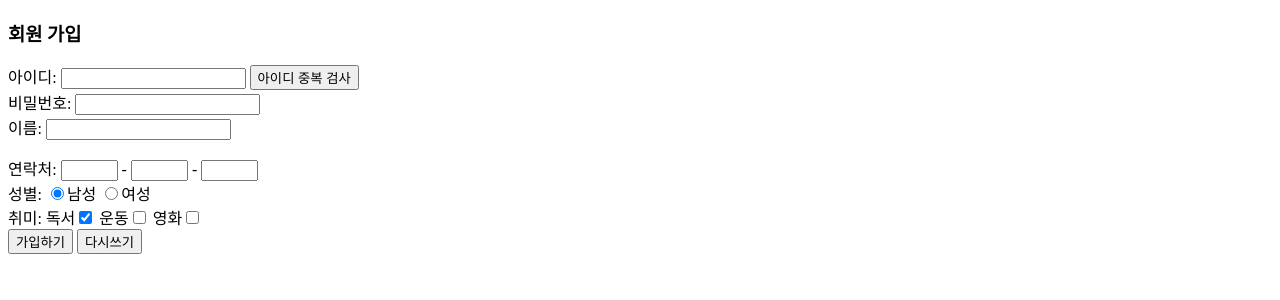
Repository: SJM7301/KH-JSP
Page: http://localhost/JSPBook/ch06/form01.jsp
The author's editor kept a copy of each file at every save. The page is drawn from the files as they stood at one save, then again after the next save.
The browser window is 1280 px wide. The pictures show the whole page.
The page is served by Tomcat 10. Other server files are loaded and not shown.

Above is the page before, as saved 2025-02-05 00:48:45.

### JSPBook/src/main/webapp/ch06/form01.jsp
<%@ page language="java" contentType="text/html; charset=UTF-8"
    pageEncoding="UTF-8"%>
<!DOCTYPE html>
<html>
<head>
<meta charset="UTF-8">
<title>Insert title here</title>
</head>
<body>
	<h3>회원 가입</h3>
	<form action="#" name="member" method="post">
		<p>
			아이디: <input type="text" name="id"> <input type="button" value="아이디 중복 검사"> <br>
			비밀번호: <input type="password" name="passwd"> <br>
			이름: <input type="text" name="name"> <br>
			<p>연락처: <input type="text" maxlength="4" size="4" name="phone1">
				- <input type="text" maxlength="4" size="4" name="phone2">
				- <input type="text" maxlength="4" size="4" name="phone3"> <br>
			성별: <input type="radio" name="sex" value="남성" checked>남성
				<input type="radio" name="sex" value="여성">여성<br>
			취미: 독서<input type="checkbox" name="hobby1" checked>
				운동<input type="checkbox" name="hobby2">
				영화<input type="checkbox" name="hobby3"><br>
			<input type="submit" value="가입하기">
			<input type="reset" value="다시쓰기">
		</p>
	</form>
</body>
</html>

After the next save:
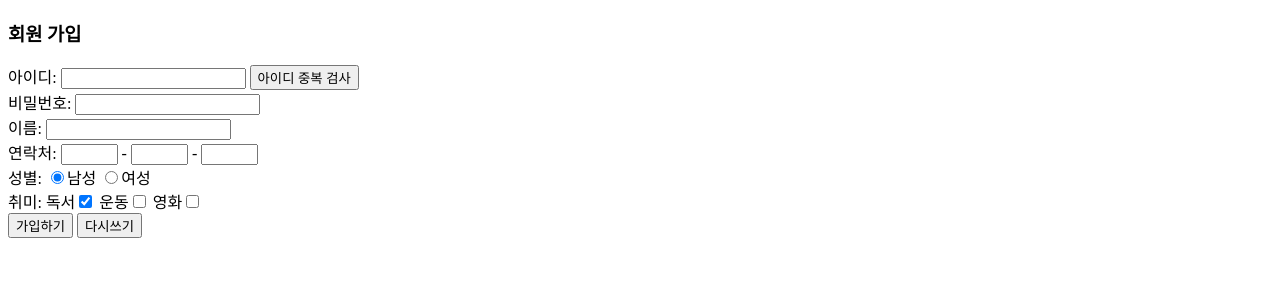
Saved 21 s later.
--- a/JSPBook/src/main/webapp/ch06/form01.jsp
+++ b/JSPBook/src/main/webapp/ch06/form01.jsp
@@ -13,7 +13,7 @@
 			아이디: <input type="text" name="id"> <input type="button" value="아이디 중복 검사"> <br>
 			비밀번호: <input type="password" name="passwd"> <br>
 			이름: <input type="text" name="name"> <br>
-			<p>연락처: <input type="text" maxlength="4" size="4" name="phone1">
+			연락처: <input type="text" maxlength="4" size="4" name="phone1">
 				- <input type="text" maxlength="4" size="4" name="phone2">
 				- <input type="text" maxlength="4" size="4" name="phone3"> <br>
 			성별: <input type="radio" name="sex" value="남성" checked>남성
